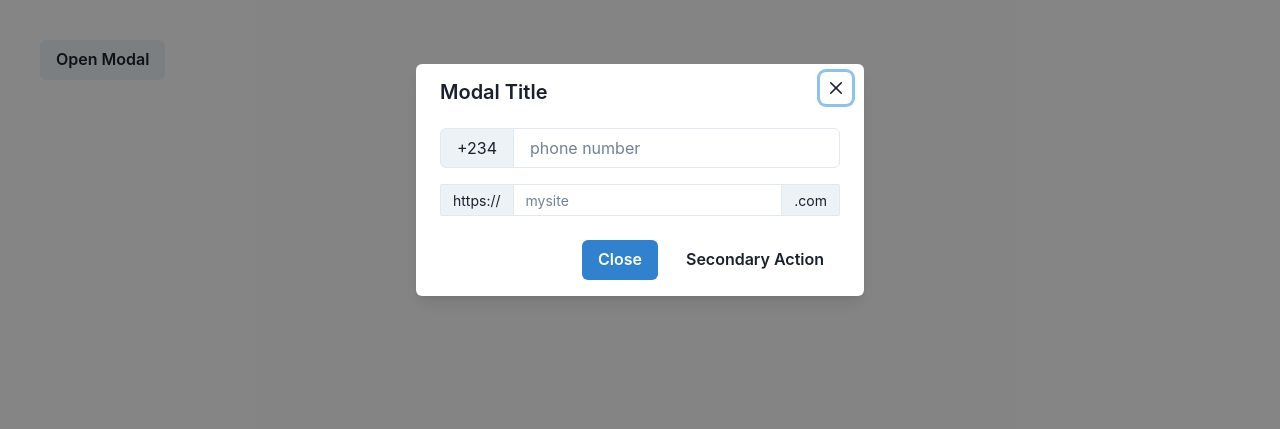
Repository: jorgelucasjs/chakra-ui-doc
Page: /
These files come from the project's save history. The page is drawn as it stood at one moment and after the next save; the edit follows.
The browser window is 1280 px wide. The pictures show the whole page.
The project was rebuilt for these pictures with package versions that can differ from the ones it lists, and the page was loaded fresh each time.

Above is the page before, as saved 2023-01-06 11:19:04.

After the next save:
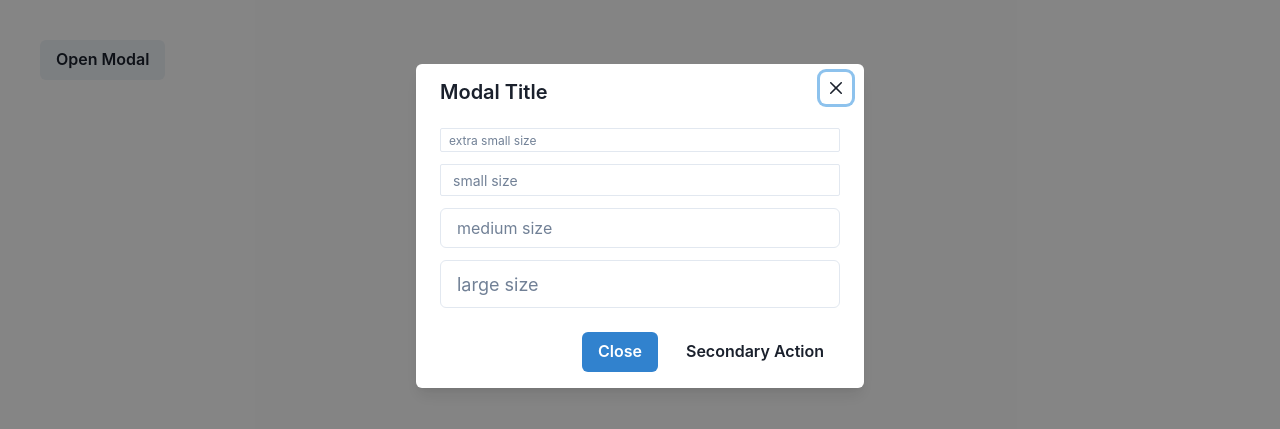
Saved 55 s later.
--- a/src/components/FormControl.tsx
+++ b/src/components/FormControl.tsx
@@ -18,10 +18,7 @@
 	ModalCloseButton,
 	ModalBody,
 	Text,
-	ModalFooter,
-	InputGroup,
-	InputLeftAddon,
-	InputRightAddon
+	ModalFooter
 } from '@chakra-ui/react';
 
 export default function FormControlModal(): JSX.Element {
@@ -37,19 +34,14 @@
 						<ModalHeader>Modal Title</ModalHeader>
 						<ModalCloseButton />
 						<ModalBody>
-							<Stack spacing={4}>
-								<InputGroup>
-									<InputLeftAddon children='+234' />
-									<Input type='tel' placeholder='phone number' />
-								</InputGroup>
-
-								{/* If you add the size prop to `InputGroup`, it'll pass it to all its children. */}
-								<InputGroup size='sm'>
-									<InputLeftAddon children='https://' />
-									<Input placeholder='mysite' />
-									<InputRightAddon children='.com' />
-								</InputGroup>
-							</Stack>
+							<FormControl as='fieldset'>
+								<Stack spacing={3}>
+									<Input placeholder='extra small size' size='xs' />
+									<Input placeholder='small size' size='sm' />
+									<Input placeholder='medium size' size='md' />
+									<Input placeholder='large size' size='lg' />
+								</Stack>
+							</FormControl>
 						</ModalBody>
 						<ModalFooter>
 							<Button colorScheme='blue' mr={3} onClick={onClose}>
